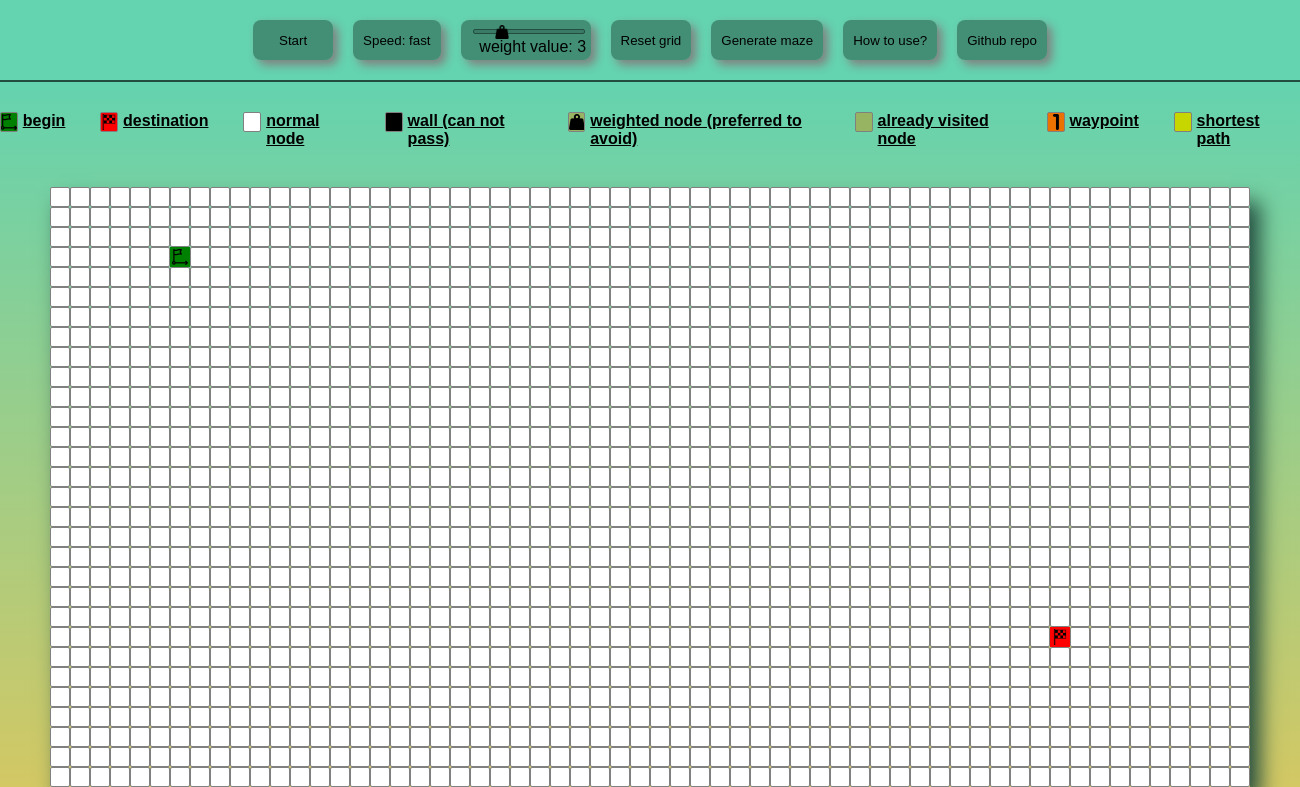
Repository: Daan-v-Berkel/PancakeFear.github.io
Page: index.html
An editor plug-in stored every save of this project. The page is shown before and after the next save, followed by the edit.
The browser window is 1280 px wide. The page is 1300 px wide, so the pictures cover 1300 px, including what lies to the right of the window. The pictures show the whole page.
Some web fonts or font styles are not loaded; a fallback is used.

Above is the page before, as saved 2021-11-15 20:17:20.

After the next save:
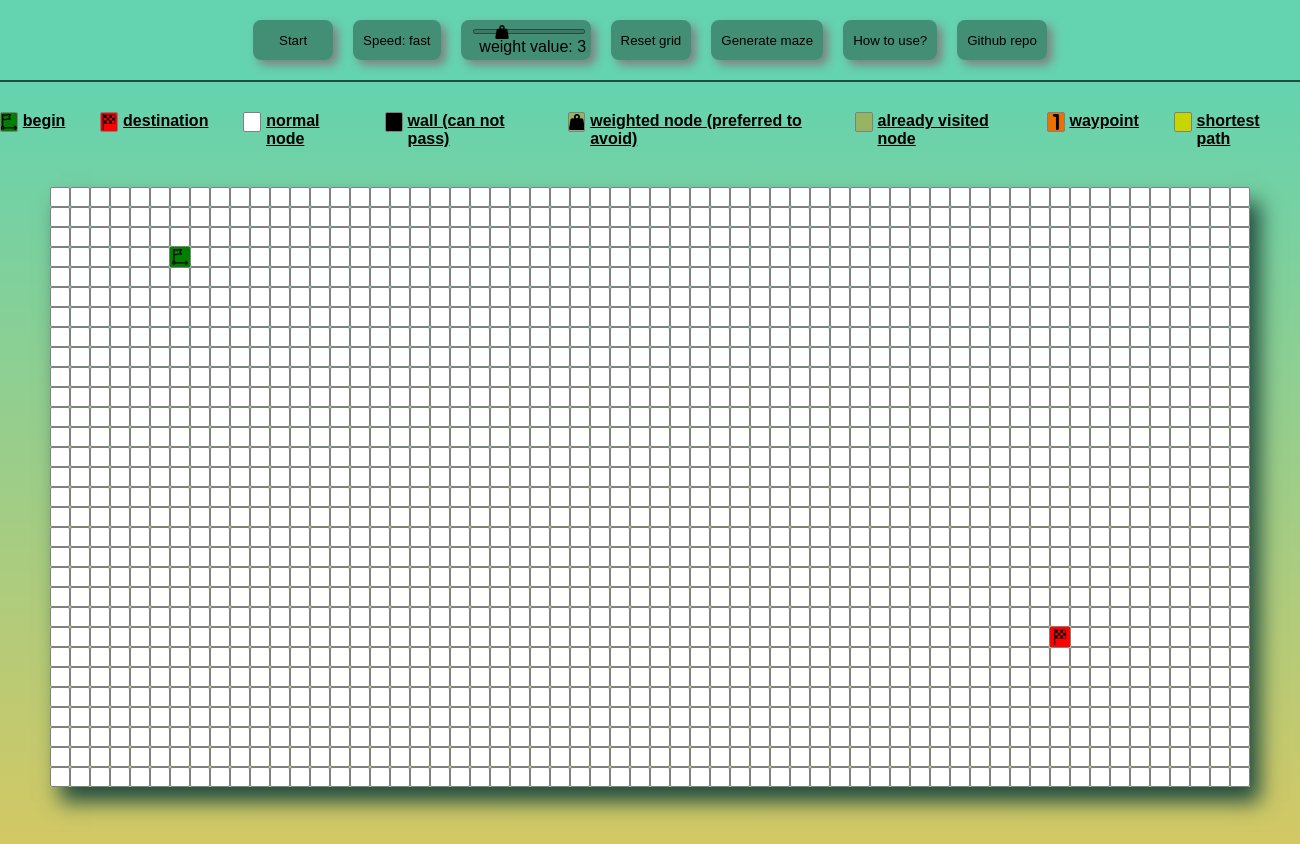
Saved 17 s later.
--- a/Style.css
+++ b/Style.css
@@ -16,7 +16,7 @@ body {
 }
 
 .hero {
-  /* height: 100%; */
+  height: 100%;
   padding-top: 80px;
   background: linear-gradient(rgb(100, 211, 175), rgb(211, 200, 100));
 }
